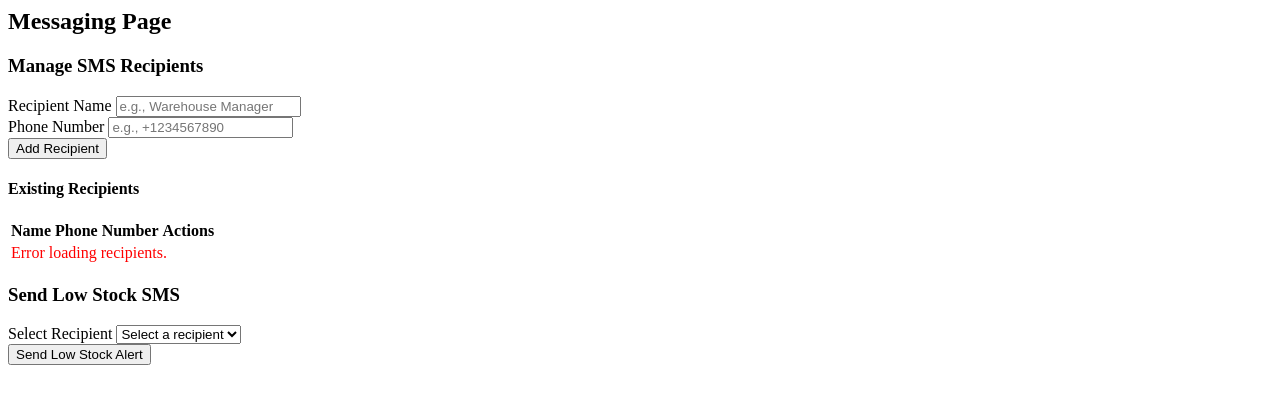
Repository: AdrianLeAsian/InventorySystem
Page: http://localhost/pages/messaging.php
These files come from the project's save history. The page is drawn as it stood at one moment and after the next save; the edit follows.
The browser window is 1280 px wide. The pictures show the whole page.
The page is run by PHP 8.4 with error messages shown; the project is at /var/www/html/.

Above is the page before, as saved 2025-07-16 11:51:07.

After the next save:
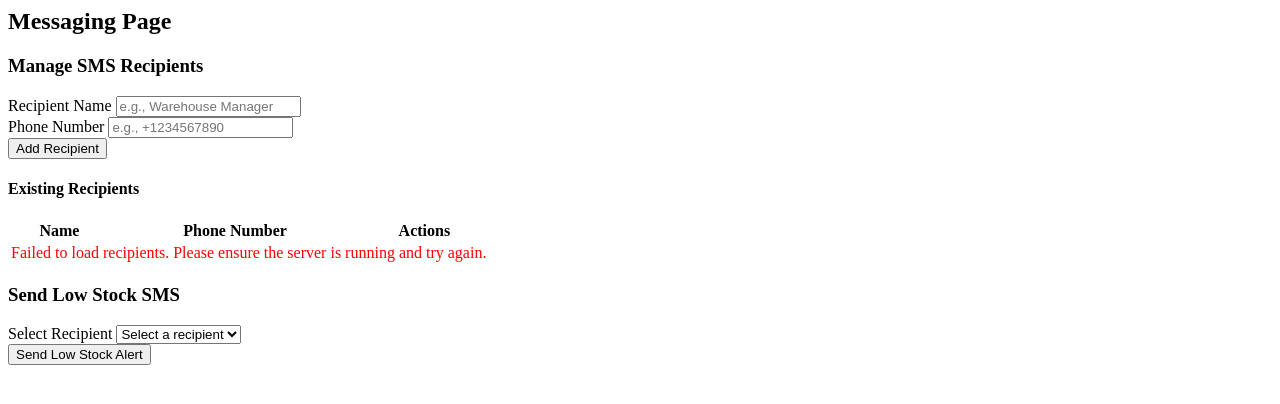
Saved 8 min 47 s later.
--- a/js/messaging.js
+++ b/js/messaging.js
@@ -134,7 +134,7 @@ document.addEventListener('DOMContentLoaded', function() {
             })
             .catch(error => {
                 console.error('Error loading recipients:', error);
-                recipientsTableBody.innerHTML = '<tr><td colspan="3" style="color: red;">Error loading recipients.</td></tr>';
+                recipientsTableBody.innerHTML = '<tr><td colspan="3" style="color: red;">Failed to load recipients. Please ensure the server is running and try again.</td></tr>';
             });
     }
 
